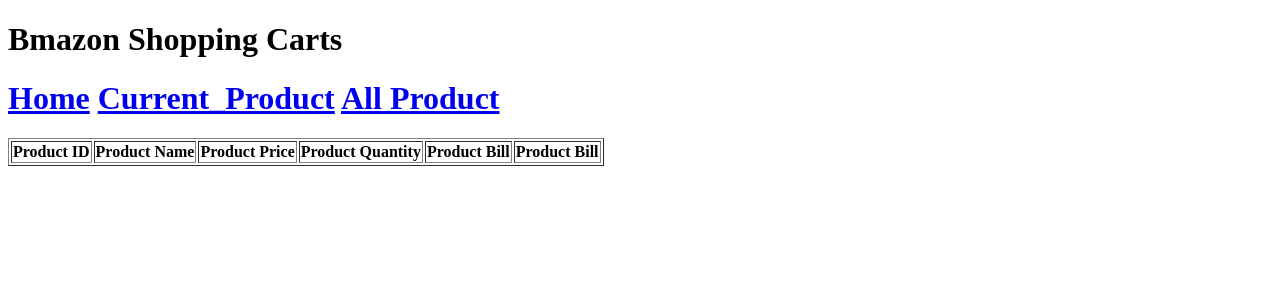
Repository: shivendra05/WebService_SpringRest
Page: http://localhost/23_MVC_JPA/WEB-INF/views/usersData.jsp
An editor plug-in stored every save of this project. The page is shown before and after the next save, followed by the edit.
The browser window is 1280 px wide. The pictures show the whole page.
The page is served by Tomcat 9. Nobody is signed in. The template is opened directly, without the code that normally fills it, so the values that code supplies are empty.

Above is the page before, as saved 2021-12-07 16:19:22.

After the next save:
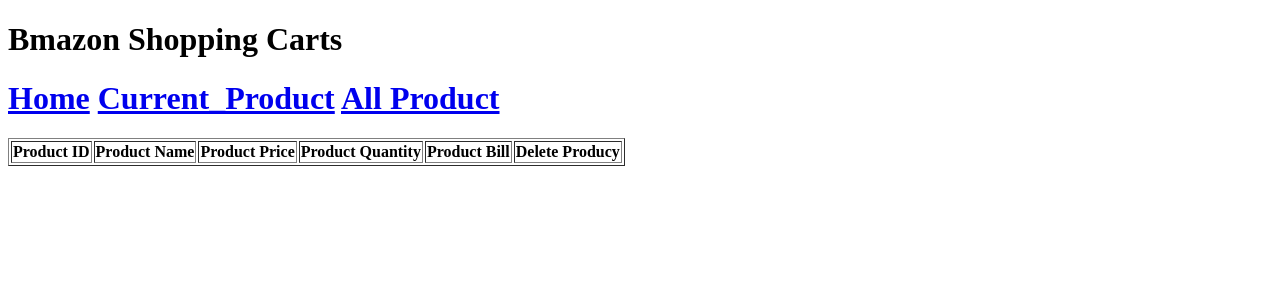
Saved 13 s later.
--- a/SpringBoot@7AM/23_MVC_JPA/src/main/webapp/WEB-INF/views/usersData.jsp
+++ b/SpringBoot@7AM/23_MVC_JPA/src/main/webapp/WEB-INF/views/usersData.jsp
@@ -25,7 +25,7 @@
 			<th>Product Price</th>
 			<th>Product Quantity</th>
 			<th>Product Bill</th>
-			<th>Product Bill</th>
+			<th>Delete Producy</th>
 		</tr>
 		<c:forEach items="${prodList}" var="list">
 			<tr>
@@ -34,6 +34,7 @@
 				<td>${list.gst}</td>
 				<td>${list.bill}</td>
 				<td>${list.price}</td>
+				<td>${list.price}</td>
 			</tr>
 		</c:forEach>
 	</table>
